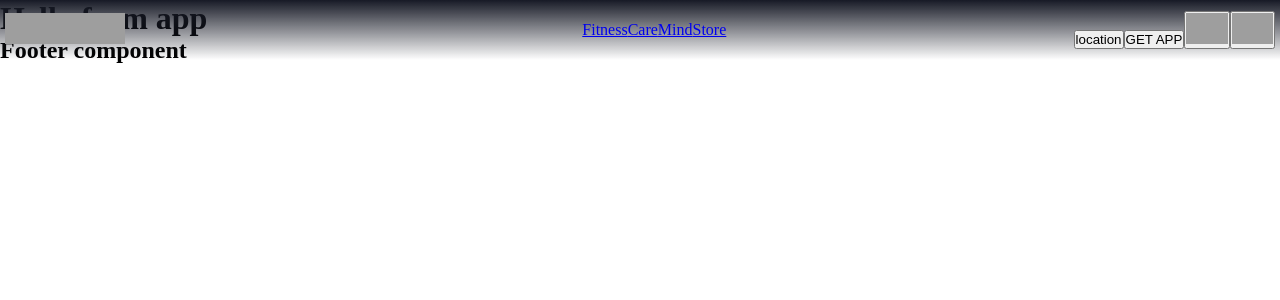
Repository: 1sanjeetsharma/cult-fit-clone
Page: /
These files come from the project's save history. The page is drawn as it stood at one moment and after the next save; the edit follows.
The browser window is 1280 px wide. The pictures show the whole page.
Pictures or frames that could not be fetched are drawn as grey boxes. The project was rebuilt for these pictures with package versions that can differ from the ones it lists, and the page was loaded fresh each time. Also part of the build but not shown: vite.config.js.

Above is the page before, as saved 2023-07-22 22:58:42.

After the next save:
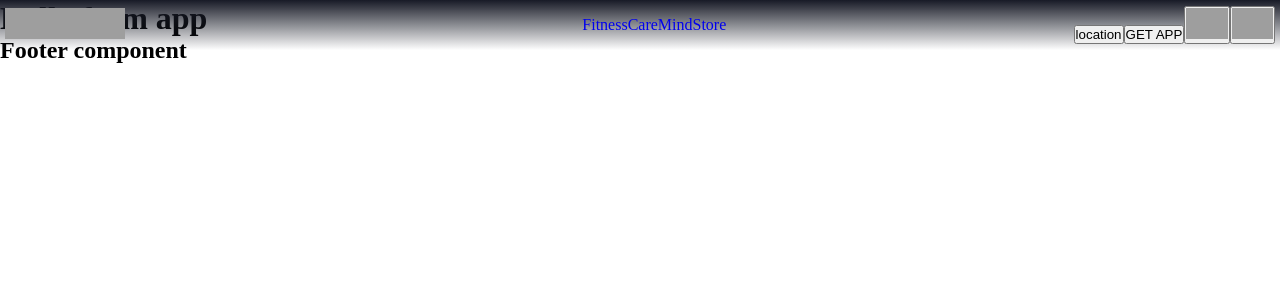
Saved 29 s later.
--- a/src/components/body/Navbar/navbar.css
+++ b/src/components/body/Navbar/navbar.css
@@ -1,6 +1,8 @@
 * {
 	margin: 0px;
 	padding: 0px;
+	text-decoration: none;
+	box-sizing: border-box;
 }
 .Nav-container {
 	position: fixed;
